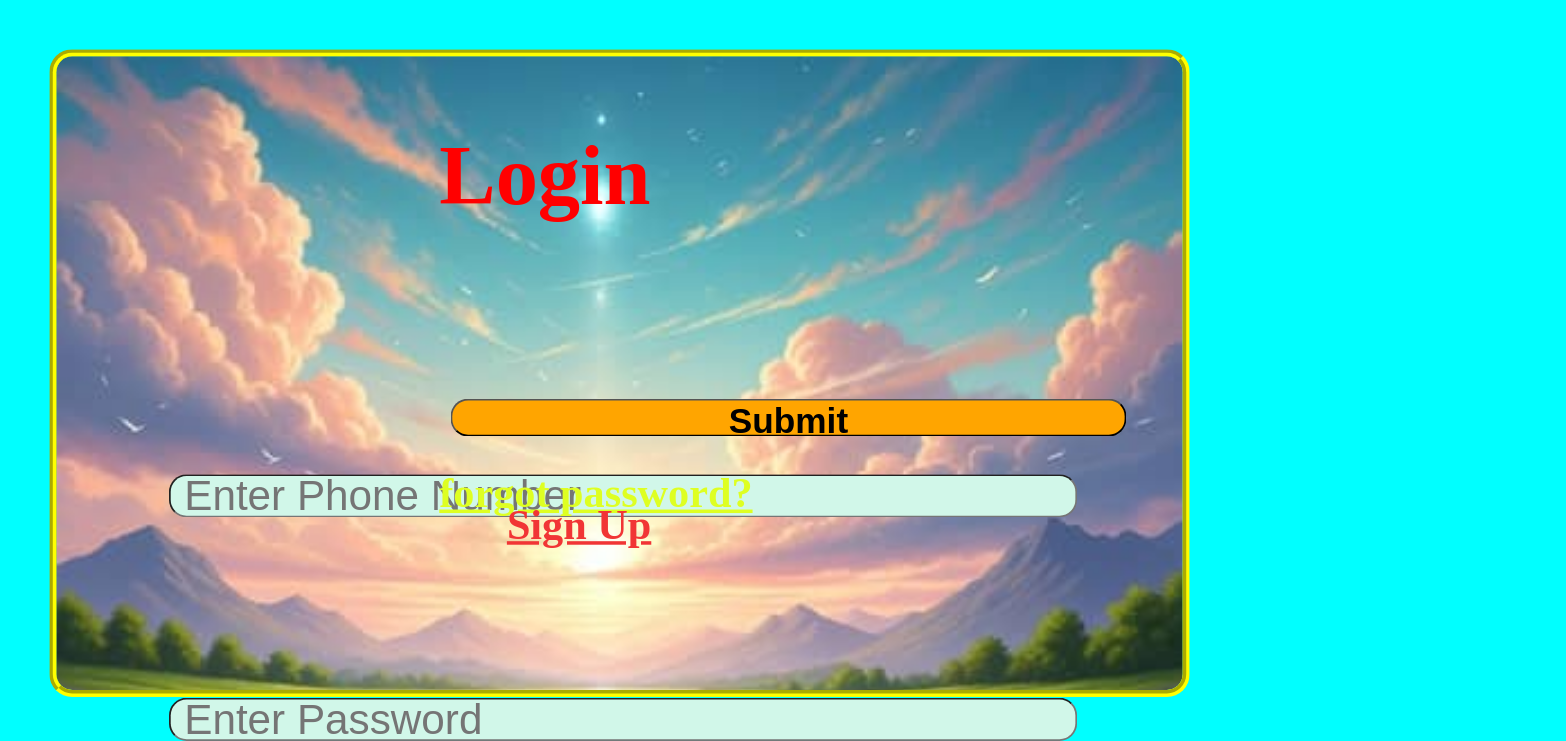
Repository: Amani-Kibet/express-app-web
Page: pages/signup/login.html
These files come from the project's save history. The page is drawn as it stood at one moment and after the next save; the edit follows.
The browser window is 1280 px wide. The page is 1779 px wide, so the pictures cover 1779 px, including what lies to the right of the window. The pictures show the whole page, at 88% of full size.

Above is the page before, as saved 2025-09-28 16:52:34.

### pages/signup/login.html
<!DOCTYPE html>
<head>
  <title> Login Page</title>
  <style>
    #board{
      background: url(/pictures/p1.png);
      background-size: cover;
      width: 100vw;
      height: 100vh;
      border-radius: 18px;
      outline: 8px groove yellow;
      position: absolute;
      top: 4rem;
      left: 4rem;
    }
    h2{
      color: red;
      position: relative;
      left: 34%;
      font-size: 6rem
    }
    .inputs{
      width: 80%;
      height: 6%;
      position: relative;
      left: 10%;
      margin-top: 16%;
      border-radius: 20px;
      color: blue;
      font-size: 3em;
      background-color: rgb(209, 247, 233);
    }
    #submit{
      background: orange;
      position: absolute;
      width: 60%;
      height: 6%;
      top: 54%;
      left: 35%;
      border-radius: 20px;
      font-size: 2.5em;
      font-weight: bold;
    }
    .links{
      position: absolute;
      font-weight: 800;
      font-size: 3em;
      color: yellow;
    }
  #link1{
    top: 65%;
    left: 34%;
    color:rgb(222, 255, 34)
  }
  #link2{
    top: 70%;
    left: 40%;
    color:rgb(241, 53, 53);
  }
  #msg{
    background: lightblue;
    width: 70%;
    height: 50%;
    border-radius: 10px;
    position: absolute;
    bottom: 30%;
    left: 15%;
    outline: 4px groove yellow;
    display: none;
  }
  .prog{
    border-radius: 100%;
    position: absolute;
    top: 4%;
    left: 4%;
    outline: 20px groove yellow;
    font-size: 8em;
  }
  #prog2{
      transform: rotateY(90deg)
  }
  #progC{
    transform-style: preserve-3d;
    animation: spin 4s ease-in-out infinite;
  }
  #msgT{
    position: relative;
    top: 36%;
    left: 10%;
    color: blue;
    font-weight: bold;
    font-size: 4em;
    width: 80%;
    height: 20%;
  }
  #loginT{
    position: relative;
    top: 20%;
    left: 12%;
    color: rgb(255, 60, 0);
    font-weight: 500;
    font-size: 5em;
    width: 80%;
    height: 25%;
  }
  @keyframes spin{
    0%{transform: rotateY(0deg) rotateX(0deg) translateX(0px)}
    50%{transform: rotateY(360deg) rotateX(60deg) translateX(50px)}
    100%{transform: rotateY(0deg) rotateX(0deg) translateX(0px)}
  }
  </style>
</head>
<body bgColor="cyan">
  <div id="board">
    <h2>Login</h2>
    <input type="number" class="inputs" id="phoneI" placeholder=" Enter Phone Number">
    <input type="password" class="inputs" id="passI" placeholder=" Enter Password">
  <button id="submit" onclick="f1()">Submit</button>
  <a id="link1" class="links" href="http:localhost:3000">forgot password?<a>
    <a class="links" id="link2" href="/pages/signup/signIn.html">Sign Up</a>
    <div id="msg">
      <div id="progC">
        <div id="prog1" class="prog">🔴</div>
      <div id="prog2" class="prog">🟢</div>
      </div>
      <p id="loginT">Logging in...</p>
      <h3 id="msgT">No text returned</h3>
    </div>
  </div>
</body>
<script>
  let bt1= document.getElementById("submit")
  let msgT= document.getElementById("msgT")
  let msg= document.getElementById("msg")
  let phoneC= document.getElementById("phoneI");
  let passC= document.getElementById("passI")

function f1(){
  let phoneI= document.getElementById("phoneI").value;
  let passI= document.getElementById("passI").value;

  fetch("/path4",{
    method: "POST",
    headers: {"Content-Type":"application/json"},
    body: JSON.stringify({phone: `${phoneI}`, pass: `${passI}`})
  })
  .then(type=> type.json())
  .then(data=>{
    if(data.name=="Null"){
      phoneC.style.color="red";
      phoneC.type="text";
      phoneC.value+=" Is Not Found";

      setTimeout(()=>{
        phoneC.style.color="blue";
        phoneC.type="number";
      }, 5000);
    } else
    {
      msg.style.display="block";
      msgT.innerHTML=`Welcome Back ${data.name}!`;
      setTimeout(()=>{
        msg.style.display="none";
        window.location.href="/pages/contents/profile.html"
      }, 8000);
    }
  });
  console.log(x.split(" "))
}
</script>
</html>

After the next save:
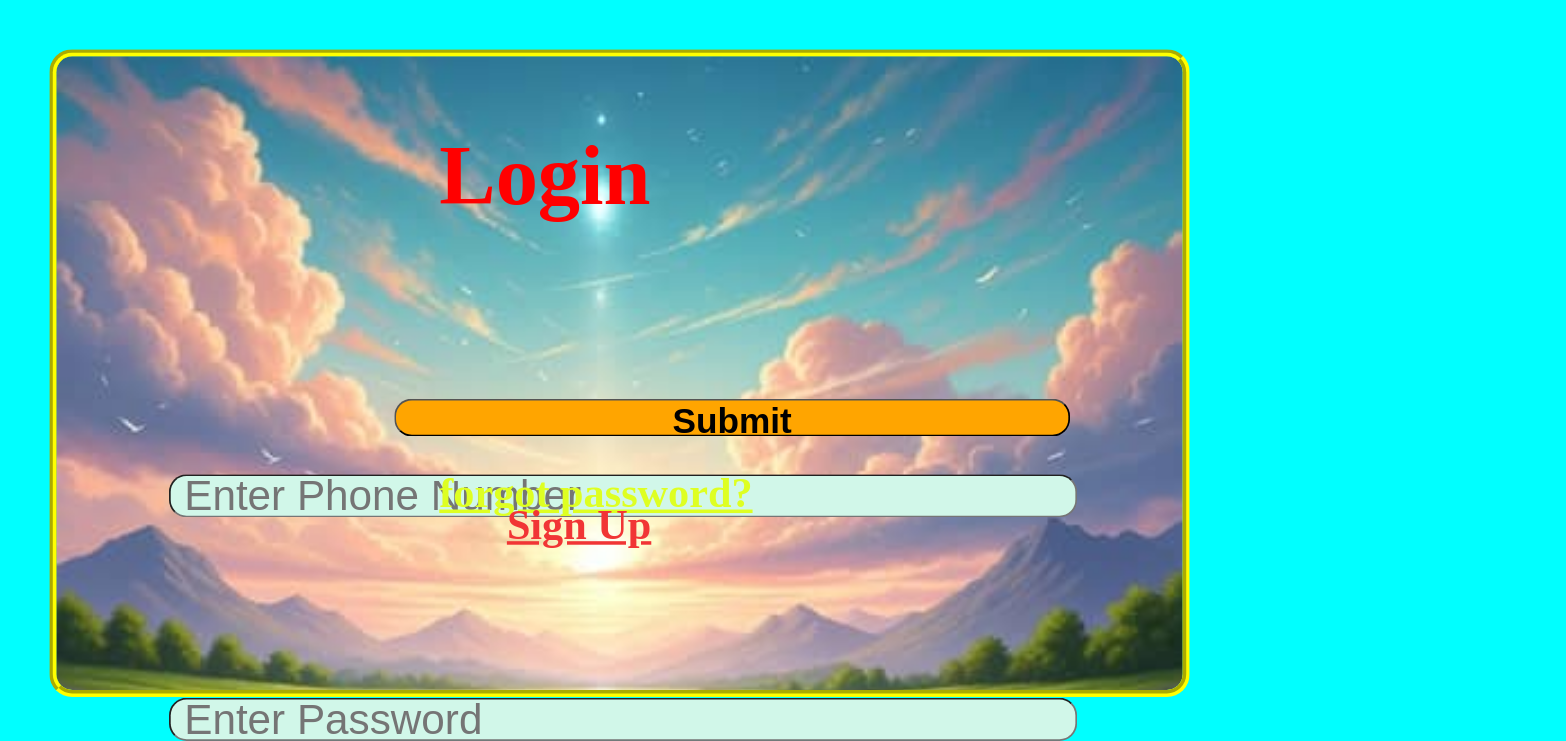
Saved 11 s later.
--- a/pages/signup/login.html
+++ b/pages/signup/login.html
@@ -36,7 +36,7 @@
       width: 60%;
       height: 6%;
       top: 54%;
-      left: 35%;
+      left: 30%;
       border-radius: 20px;
       font-size: 2.5em;
       font-weight: bold;
